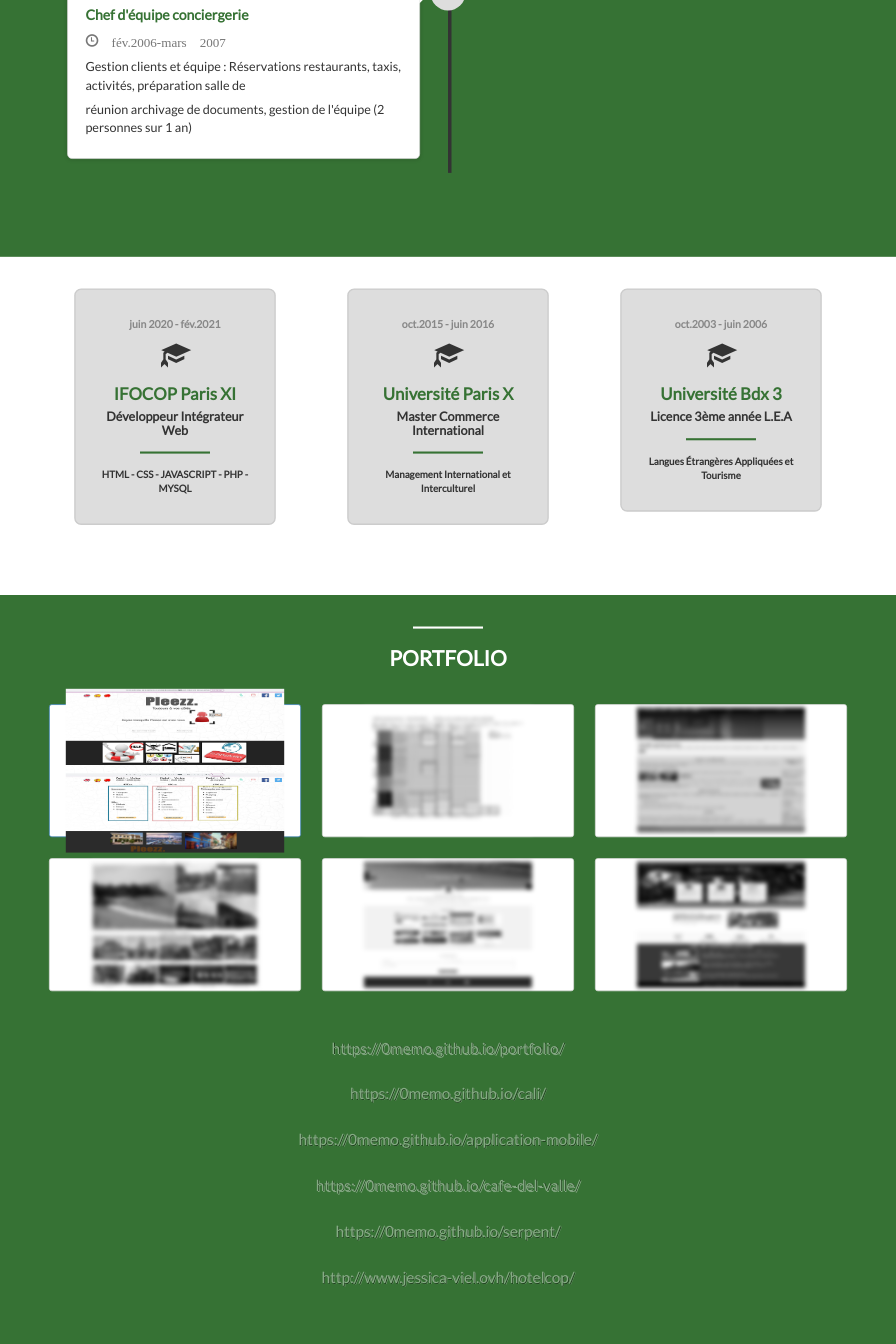
Repository: 0Memo/mon-cv
Page: index.html
The author's editor kept a copy of each file at every save. The page is drawn from the files as they stood at one save, then again after the next save.
The browser window is 1280 px wide. The pictures show the part of the page from y = 3180 to 5100 px (the page is 5100 px tall), at 70% of full size.
The pointer rests on the first visible `#portfolio .container .row .col-sm-4 img`.

Above is the page before, as saved 2020-12-29 15:29:44.

After the next save:
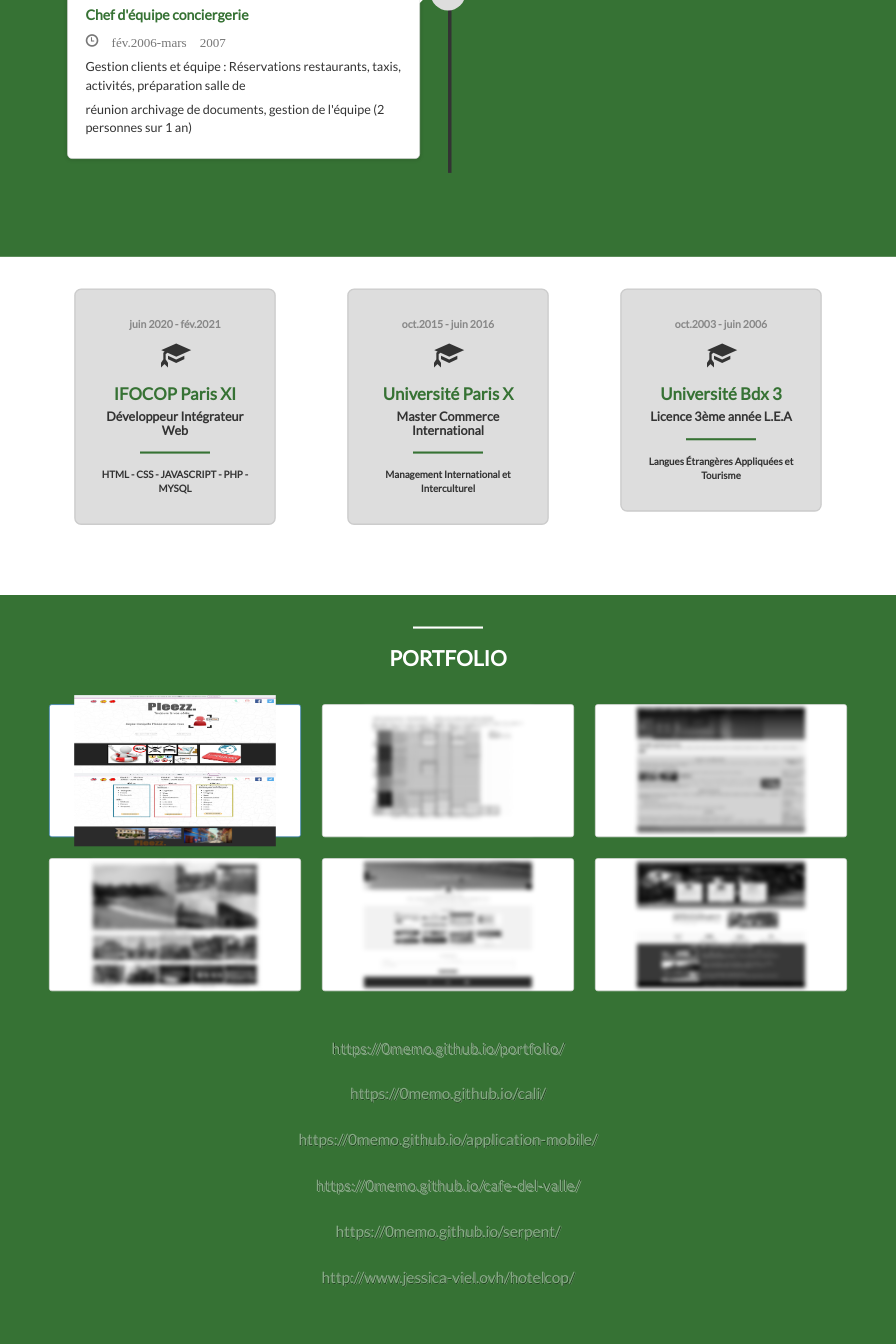
Saved 87 s later.
--- a/css/styles.css
+++ b/css/styles.css
@@ -312,7 +312,7 @@ section {
 }
 
 #portfolio .container .row .col-sm-4 img:hover {
-    transform: scale(1.3);
+    transform: scale(1.2);
     z-index: 2;
 }
 
